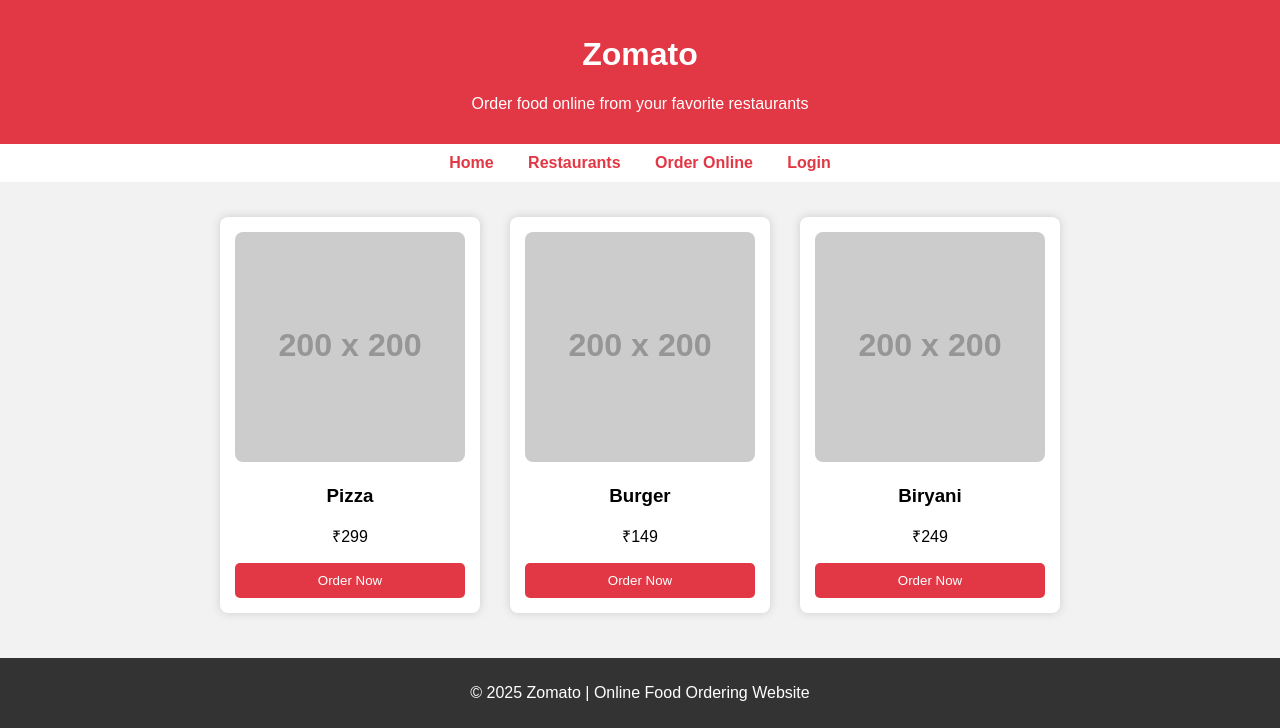
Repository: Glory998/ELCE1-32
Page: zomatoproject.html
The author's editor kept a copy of each file at every save. The page is drawn from the files as they stood at one save, then again after the next save.
The browser window is 1280 px wide. The pictures show the whole page.

Above is the page before, as saved 2025-12-16 02:12:15.

### zomatoproject.html
<!DOCTYPE html>
<html lang="en">
<head>
    <meta charset="UTF-8">
    <title>Zomato | Online Food Ordering</title>

    <style>
        body {
            margin: 0;
            font-family: Arial, sans-serif;
            background-color: #f2f2f2;
        }

        /* Header */
        header {
            background-color: #e23744;
            color: white;
            padding: 15px;
            text-align: center;
        }

        /* Navigation */
        nav {
            background-color: white;
            padding: 10px;
            text-align: center;
        }

        nav a {
            text-decoration: none;
            margin: 15px;
            color: #e23744;
            font-weight: bold;
        }

        /* Main Section */
        .container {
            display: flex;
            justify-content: center;
            margin: 20px;
        }

        .food-card {
            background-color: white;
            width: 230px;
            margin: 15px;
            padding: 15px;
            text-align: center;
            border-radius: 8px;
            box-shadow: 0 0 10px #ccc;
        }

        .food-card img {
            width: 100%;
            border-radius: 8px;
        }

        .food-card button {
            background-color: #e23744;
            color: white;
            border: none;
            padding: 10px;
            width: 100%;
            border-radius: 5px;
            cursor: pointer;
        }

        /* Footer */
        footer {
            background-color: #333;
            color: white;
            text-align: center;
            padding: 10px;
            margin-top: 30px;
        }
    </style>
</head>

<body>

    <!-- Header -->
    <header>
        <h1>Zomato</h1>
        <p>Order food online from your favorite restaurants</p>
    </header>

    <!-- Navigation -->
    <nav>
        <a href="#">Home</a>
        <a href="#">Restaurants</a>
        <a href="#">Order Online</a>
        <a href="#">Login</a>
    </nav>

    <!-- Food Items -->
    <div class="container">

        <div class="food-card">
            <img src="https://via.placeholder.com/200">
            <h3>Pizza</h3>
            <p>₹299</p>
            <button>Order Now</button>
        </div>

        <div class="food-card">
            <img src="https://via.placeholder.com/200">
            <h3>Burger</h3>
            <p>₹149</p>
            <button>Order Now</button>
        </div>

        <div class="food-card">
            <img src="https://via.placeholder.com/200">
            <h3>Biryani</h3>
            <p>₹249</p>
            <button>Order Now</button>
        </div>

    </div>

    <!-- Footer -->
    <footer>
        <p>© 2025 Zomato | Online Food Ordering Website</p>
    </footer>

</body>
</html>

After the next save:
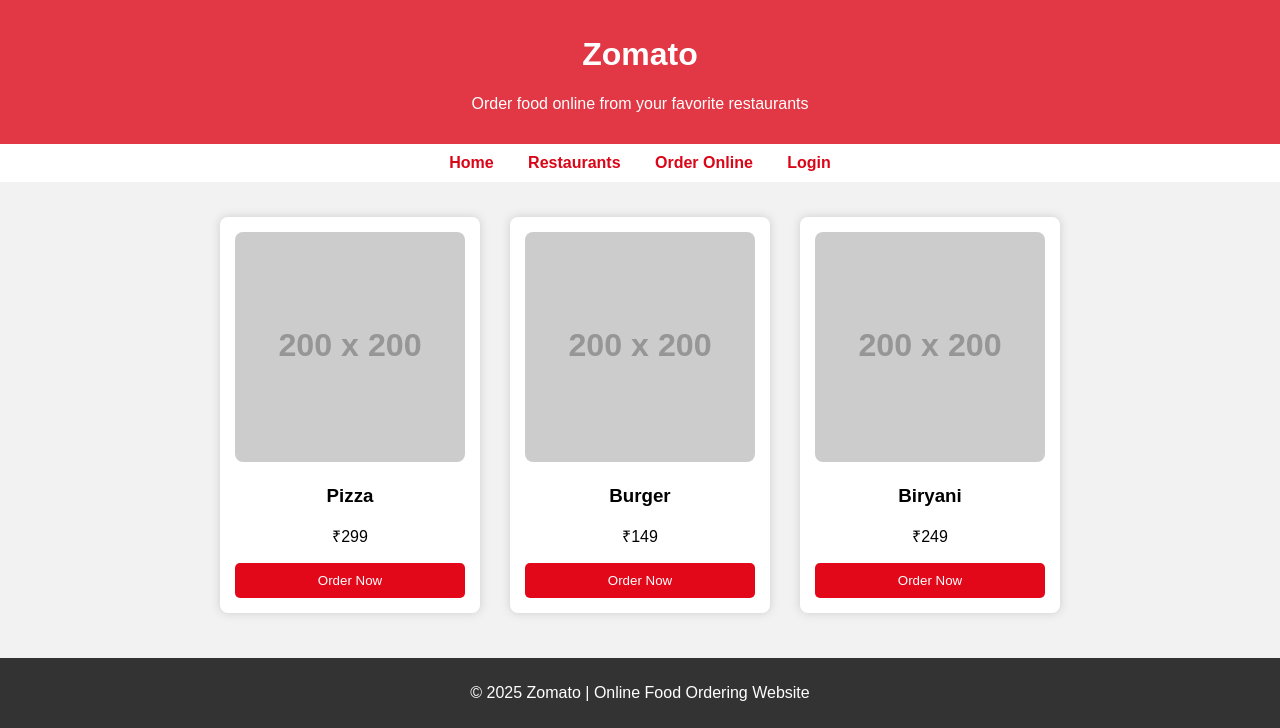
Saved 38 s later.
--- a/zomatoproject.html
+++ b/zomatoproject.html
@@ -29,7 +29,7 @@
         nav a {
             text-decoration: none;
             margin: 15px;
-            color: #e23744;
+            color: #da0517;
             font-weight: bold;
         }
 
@@ -56,7 +56,7 @@
         }
 
         .food-card button {
-            background-color: #e23744;
+            background-color: #e20719;
             color: white;
             border: none;
             padding: 10px;
